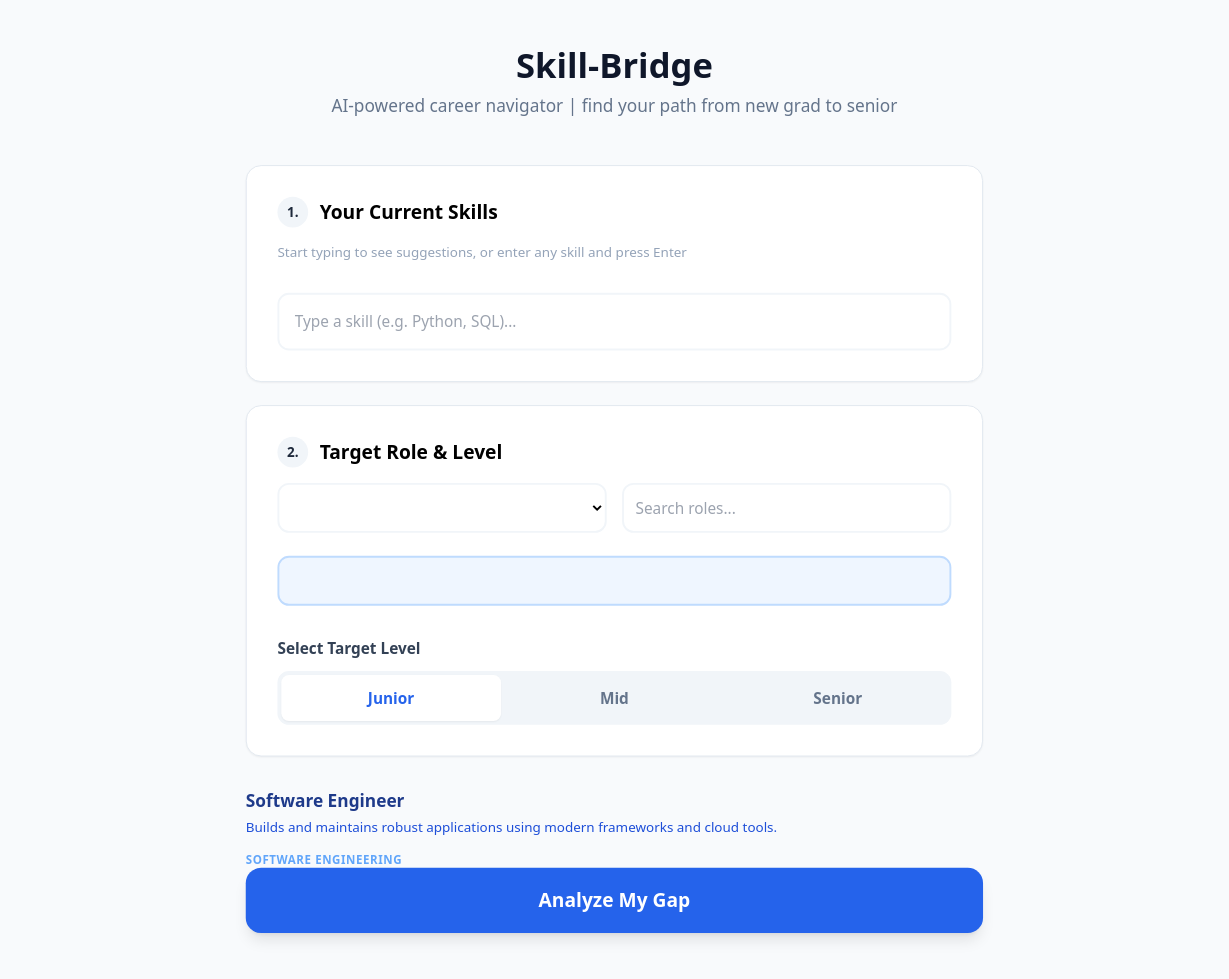
Repository: aasifk71/palo_alto
Page: public/index.html
These files come from the project's save history. The page is drawn as it stood at one moment and after a run of saves; the edit follows.
The browser window is 1280 px wide. The pictures show the whole page, at 96% of full size.
The page's requests for data from a server got no answer. Some web libraries are served in a nearby version.

Above is the page before, as saved 2026-03-19 15:35:26.

After the next 2 saves:
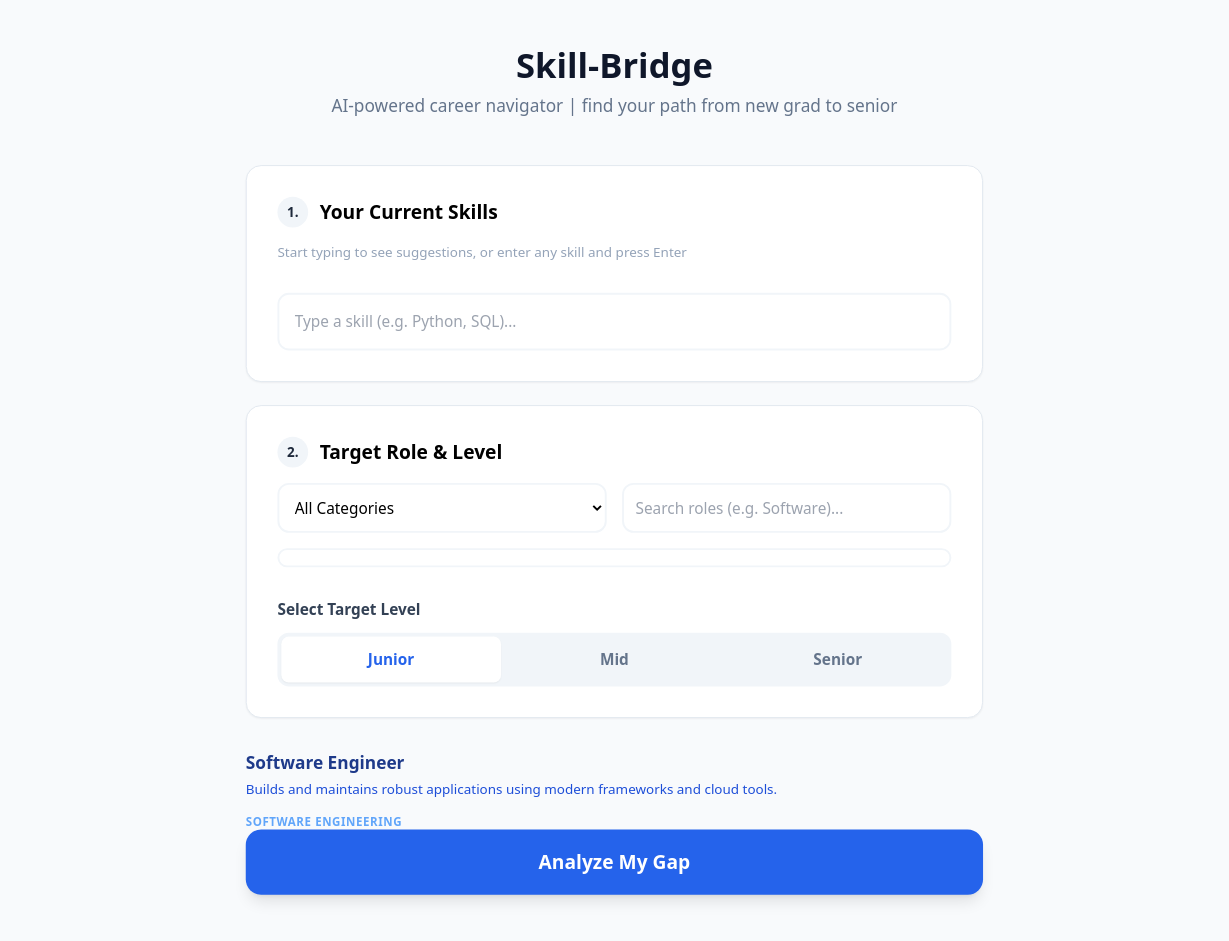
Console error: TypeError: Cannot read properties of null (reading 'addEventListener')
The 2 saves are shown as one change because they came seconds apart.
The last was saved 112 s later.
--- a/public/index.html
+++ b/public/index.html
@@ -35,32 +35,39 @@
         </div>
 
         <!-- Step 2: Role & Level -->
-        <div class="bg-white p-8 rounded-2xl shadow-sm border border-slate-200 mb-8">
-            <h2 class="text-xl font-bold mb-4 flex items-center">
-                <span class="bg-slate-100 text-slate-800 w-8 h-8 rounded-full inline-flex items-center justify-center mr-3 text-sm">2.</span>
-                Target Role & Level
-            </h2>
+        <!-- Inside Step 2: Role & Level -->
+<div class="bg-white p-8 rounded-2xl shadow-sm border border-slate-200 mb-8">
+    <h2 class="text-xl font-bold mb-4 flex items-center">
+        <span class="bg-slate-100 text-slate-800 w-8 h-8 rounded-full inline-flex items-center justify-center mr-3 text-sm">2.</span>
+        Target Role & Level
+    </h2>
 
-            <div class="grid grid-cols-1 md:grid-cols-2 gap-4 mb-6">
-                <select id="roleSelect" class="w-full border-2 border-slate-100 p-3 rounded-xl bg-white focus:border-blue-400 outline-none">
-                    <!-- Loaded from API -->
-                </select>
-                <div class="relative">
-                    <input type="text" placeholder="Search roles..." class="w-full border-2 border-slate-100 p-3 rounded-xl outline-none">
-                </div>
-            </div>
+    <div class="grid grid-cols-1 md:grid-cols-2 gap-4 mb-4">
+        <select id="categoryFilter" class="w-full border-2 border-slate-100 p-3 rounded-xl bg-white outline-none">
+            <option value="all">All Categories</option>
+            <option value="Software Engineering">Software Engineering</option>
+            <option value="Data Science & AI">Data Science & AI</option>
+            <option value="Infrastructure">Infrastructure</option>
+            <option value="Security">Security</option>
+        </select>
+        <div class="relative">
+            <input id="roleSearch" type="text" placeholder="Search roles (e.g. Software)..."
+                class="w-full border-2 border-slate-100 p-3 rounded-xl outline-none focus:border-blue-400">
+        </div>
+    </div>
 
-            <!-- Role Preview Card -->
-            <div class="bg-blue-50 border-2 border-blue-200 p-6 rounded-xl mb-8">
-           </div>
+    <!-- This is where the filtered roles will appear (Matches your screenshot) -->
+    <div id="roleList" class="max-h-60 overflow-y-auto border-2 border-slate-100 rounded-xl p-2 mb-8 flex flex-col gap-2">
+        <!-- Role items will be injected here -->
+    </div>
 
-            <label class="block font-bold text-slate-700 mb-3">Select Target Level</label>
-            <div class="flex p-1 bg-slate-100 rounded-xl gap-1">
-                <button onclick="setLevel('junior')" class="level-btn flex-1 py-3 px-4 rounded-lg font-bold transition-all bg-white shadow-sm text-blue-600">Junior</button>
-                <button onclick="setLevel('mid')" class="level-btn flex-1 py-3 px-4 rounded-lg font-bold transition-all text-slate-500">Mid</button>
-                <button onclick="setLevel('senior')" class="level-btn flex-1 py-3 px-4 rounded-lg font-bold transition-all text-slate-500">Senior</button>
-            </div>
-        </div>
+    <label class="block font-bold text-slate-700 mb-3">Select Target Level</label>
+    <div class="flex p-1 bg-slate-100 rounded-xl gap-1">
+        <button onclick="setLevel('junior')" class="level-btn flex-1 py-3 px-4 rounded-lg font-bold transition-all bg-white shadow-sm text-blue-600">Junior</button>
+        <button onclick="setLevel('mid')" class="level-btn flex-1 py-3 px-4 rounded-lg font-bold transition-all text-slate-500">Mid</button>
+        <button onclick="setLevel('senior')" class="level-btn flex-1 py-3 px-4 rounded-lg font-bold transition-all text-slate-500">Senior</button>
+    </div>
+</div>
          <h3 id="previewTitle" class="font-bold text-blue-900 text-lg">Software Engineer</h3>
                 <p id="previewDesc" class="text-blue-700 text-sm mt-1">Builds and maintains robust applications using modern frameworks and cloud tools.</p>
                 <span id="previewCat" class="text-xs uppercase tracking-wider font-bold text-blue-400 mt-4 block">Software Engineering</span>
